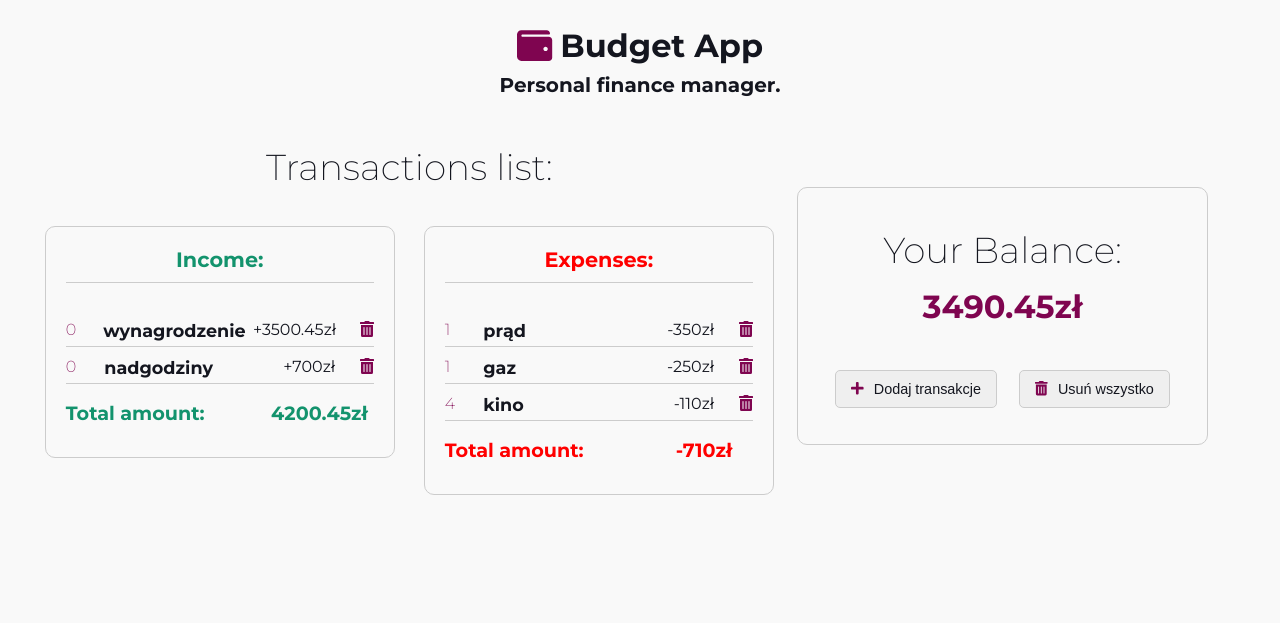
Repository: KrzysKolo/sr_tydzien4_zad4
Page: /
An editor plug-in stored every save of this project. The page is shown before and after the next save, followed by the edit.
The browser window is 1280 px wide. The pictures show the whole page.
Some web libraries are served in a nearby version. The project was rebuilt for these pictures with package versions that can differ from the ones it lists, and the page was loaded fresh each time. Also part of the build but not shown: src/components/budgetComponents/sectionComponents/Cat.js, src/components/budgetComponents/formComponents/Header.js, src/components/budgetComponents/formComponents/ErrorMessage.js, src/components/budgetComponents/formComponents/Input.js, src/components/budgetComponents/formComponents/Select.js.

Above is the page before, as saved 2020-12-10 12:13:22.

### public/index.html
<!DOCTYPE html>
<html lang="en">
  <head>
    <meta charset="utf-8" />
    <link rel="icon" href="%PUBLIC_URL%/favicon.ico" />
    <meta name="viewport" content="width=device-width, initial-scale=1" />
    <meta name="theme-color" content="#000000" />
    <meta
      name="description"
      content="Web site created using create-react-app"
    />
    <link rel="apple-touch-icon" href="%PUBLIC_URL%/logo192.png" />
    <!--
      manifest.json provides metadata used when your web app is installed on a
      user's mobile device or desktop. See https://developers.google.com/web/fundamentals/web-app-manifest/
    -->
    <link rel="manifest" href="%PUBLIC_URL%/manifest.json" />
    <!--
      Notice the use of %PUBLIC_URL% in the tags above.
      It will be replaced with the URL of the `public` folder during the build.
      Only files inside the `public` folder can be referenced from the HTML.

      Unlike "/favicon.ico" or "favicon.ico", "%PUBLIC_URL%/favicon.ico" will
      work correctly both with client-side routing and a non-root public URL.
      Learn how to configure a non-root public URL by running `npm run build`.
    -->
    <link
      href="https://fonts.googleapis.com/css?family=Montserrat:200,400,700&display=swap&subset=latin-ext"
      rel="stylesheet"
    />
    <script
      src="https://kit.fontawesome.com/327a0d490c.js"
      crossorigin="anonymous"
    ></script>
    <title>Budget</title>
  </head>
  <body>
    <noscript>You need to enable JavaScript to run this app.</noscript>
    <div id="root"></div>
    <!--
      This HTML file is a template.
      If you open it directly in the browser, you will see an empty page.

      You can add webfonts, meta tags, or analytics to this file.
      The build step will place the bundled scripts into the <body> tag.

      To begin the development, run `npm start` or `yarn start`.
      To create a production bundle, use `npm run build` or `yarn build`.
    -->
  </body>
</html>

### src/App.js
import React from 'react';
import Budget from './components/Budget'

const App = () => {
  return (
    <>
      <Budget/>
    </>
  )
}

export default App;

### src/components/Budget.js
import React, { useContext } from 'react';
import Header from './budgetComponents/Header';
import Section from './budgetComponents/Section';
import SectionInfo from './budgetComponents/SectionInfo';
import H2 from './budgetComponents/sectionComponents/H2';
/* import ExpenseTransaction from './data/ExpenseTransaction';
import IncomeTransaction from './data/IcomeTransaction'; */
import {GlobalContextProvider, GlobalContext} from './context/GlobalState';
import styled, { createGlobalStyle } from 'styled-components';

const GlobalStyle = createGlobalStyle`
    * {
        padding: 0;
        margin: 0;
        box-sizing: border-box;
    }
    body {
        background-color: #f9f9f9;
        color: #14161f;
        font-family: "Montserrat", sans-serif;
        font-size: 16px;
        min-height: 100vh;
    }
    `;
const Container = styled.main`
    font-size: 1.5rem;
`;
const SectionContainer = styled.section`
    display: flex;
    flex-direction: row;
    justify-content: center;
    align-items: center;
`;
const SectionBudget = styled.section`
    display: flex;
    flex-direction: column;
    justify-content: center;
    align-items: center;
`;
const DivItems = styled.div`
    display: flex;
    flex-direction: row;
    justify-content: center;
    align-items: flex-start;

`;
const Budget = () => {
    const {incomeTransactions, expenseTransactions}=useContext(GlobalContext);
    const incomeAmounts = incomeTransactions.map(incomeTransaction => incomeTransaction.amount);
    const expenseAmounts = expenseTransactions.map(expenseTransaction => expenseTransaction.amount);
    const totalIncome = incomeAmounts.reduce((acc, item) => (acc+=item),0).toFixed(2);
    const totalExpense = expenseAmounts.reduce((acc, item) => (acc+=item),0).toFixed(2);
    const totalAmounte = totalIncome - totalExpense;

    return (
        <GlobalContextProvider>
            <GlobalStyle />
            <Container>
                <Header />
                <SectionContainer>
                    <SectionBudget>
                        <H2 title="Transactions list" />
                        <DivItems>
                            <Section title="Income" label="income" data={incomeTransactions} total={+totalIncome}/>
                            <Section title="Expenses" data={expenseTransactions} total={-totalExpense} />
                        </DivItems>
                    </SectionBudget>
                    <SectionInfo title="Your Balance" total={totalAmounte} />
                </SectionContainer>
            </Container>
        </GlobalContextProvider>
    )
}

export default Budget;

### src/components/budgetComponents/Header.js
import React from 'react';
import styled from 'styled-components';
import { FontAwesomeIcon } from '@fortawesome/react-fontawesome';
import { faWallet } from '@fortawesome/free-solid-svg-icons';

const SectionHeader = styled.header`
    align-items: center;
    color: rgb(127, 5, 80);
    display: flex;
    font-size: 2.2rem;
    flex-direction: column;
    justify-content: center;
    padding: 2%;
`;
const DivHeader = styled.div`
    align-items: center;
    display: flex;
    flex-direction: row;
    justify-content: center;
    margin-bottom: 0.5rem;
`;
const H1Header = styled.h1`
    color: #14161f;
    font-size: 2rem;
    margin-left: .5rem;
`;
const H2Header = styled.h2`
    color: #14161f;
    font-size: 1.25rem;
`;
const Header = () => {
    return (
        <SectionHeader>
            <DivHeader>
                <FontAwesomeIcon icon={faWallet}/>
                <H1Header>Budget App</H1Header>
            </DivHeader>
            <H2Header>Personal finance manager.</H2Header>
        </SectionHeader>
    )
}

export default Header;

### src/components/budgetComponents/Section.js
import React, { useContext } from 'react';
import { GlobalContext } from '../context/GlobalState';
import { H1, DivData }from './sectionComponents/index';

import styled from 'styled-components';

const SectionWrapper = styled.section`
    border: 1px solid #ccc;
    border-radius: 10px;
    display: flex;
    flex-direction: column;
    font-size: 1.3rem;
    justify-content: center;
    align-items: center;
    margin: 2%;
    padding: 20px;
    min-width: 350px;
    width: 50%;
`;
const Section = ({ title, label, data, total }) => {
    const {deleteTransaction} = useContext(GlobalContext);
   return (
        <SectionWrapper>
           <H1 title={title} label={label} />
           <DivData data={data} label={label} total={total} onClick={deleteTransaction} />
        </SectionWrapper>
    )
}

export default Section;

### src/components/budgetComponents/SectionInfo.js
import React, { useState } from 'react';
import { H2, P } from './sectionComponents/index';
import Form from './Form';
import Button from './../budgetComponents/buttons/Button';
import styled from 'styled-components';
import { faPlus,  faTrashAlt } from '@fortawesome/free-solid-svg-icons';
const SectionWrapper = styled.section`
    border: 1px solid #ccc;
    border-radius: 10px;
    display: flex;
    flex-direction: column;
    margin: 2vw;
    padding: 2%;
`;
const ButtonWrapper = styled.div`
    display: flex;
    flex-direction: row;
`;

const SectionInfo = ({ title, total }) => {
    const [showForm, setShowForm] = useState(false);
    const openForm = () =>{
        setShowForm(prev => !prev);
  };
    return (
        <>
        <SectionWrapper>
           <H2 title={title}> </H2>
           <P total={total} />
           <ButtonWrapper>
                <Button onClick={openForm} title="Dodaj transakcje" icons={faPlus} />
                <Button title="Usuń wszystko" icons={faTrashAlt} type="submit"/>
           </ButtonWrapper>

        </SectionWrapper>
        <Form showForm={showForm} setShowForm={setShowForm} />
        </>
    )
}

export default SectionInfo;

### src/components/budgetComponents/sectionComponents/H2.js
import React from 'react'
import styled from 'styled-components';

const TitleH2 = styled.h2`
    font-weight: 200;
    margin: 2% auto;
    padding: 0.5rem;
`;

const H2 = ({title}) => {
    return (
        <TitleH2>
            {title}:
        </TitleH2>
    )
}

export default H2;

### src/components/context/GlobalState.js
import React, {createContext, useReducer} from 'react';
import AppReducer from './AppReducer';
const initialState = {
    incomeTransactions: [
        { id: 0, category: 0, name: "wynagrodzenie", amount: 3500.45},
        { id: 1, category: 0, name: "nadgodziny", amount: 700},
    ],
    expenseTransactions: [
        { id: 0, category: 1, name: "prąd", amount: 350},
        { id: 1, category: 1, name: "gaz", amount: 250},
        { id: 3, category: 4, name: "kino", amount: 110},
    ],
};
export const GlobalContext = createContext(initialState);
export const GlobalContextProvider = ({children}) => {
    const [state, dispatch] = useReducer(AppReducer, initialState);

    const addIncome = incomeTransaction => {
        dispatch({
            type: "ADD_INCOME",
            payload: incomeTransaction,
        });
    };
    const addExpense = expenseTransaction => {
        dispatch({
            type: "ADD_EXPENSE",
            payload: expenseTransaction,
        });
    };
    const deleteTransaction = id => {
        dispatch({
            type: "DELETE_TRANSACTION",
            payload: id,
          });
    };
    return (
        <GlobalContext.Provider value={{
            incomeTransactions: state.incomeTransactions,
            expenseTransactions: state.expenseTransactions,
            addIncome,
            addExpense,
            deleteTransaction,
        }}>
            {children}
        </GlobalContext.Provider>
    )
}

### src/components/budgetComponents/sectionComponents/index.js
export { default as H1 } from './H1';
export { default as H2 } from './H2';
export { default as P } from './P';
export { default as DivData } from './DivData';

### src/components/budgetComponents/Form.js
import React, { useState, useContext } from 'react';
import { v4 as uuidv4 } from 'uuid';
import { GlobalContext } from '../context/GlobalState';
import { Header, Input, Select } from './formComponents/';
import Button from './buttons/Button';
import styled from 'styled-components';
import SelectOptions from './../data/SelectOptions';
import { faBusinessTime, faSave, faWindowClose } from '@fortawesome/free-solid-svg-icons';
import { useFormik } from 'formik';
import * as yup from 'yup';

const FormWrapper = styled.form`
    background-color: #f9f9f9;
    border: 4px double rgb(127, 5, 80);
    border-radius: 10px;
    box-shadow: 3px 3px 5px rgba(127, 5, 80, 0.5);
    color: rgb(127, 5, 80);
    position: fixed;
    display: flex;
    flex-direction: column;
    justify-content: center;
    align-items: center;
    padding: 10px;
    width: 20vw;
    min-width: 300px;
`;
const ButtonWrapper = styled.div`
    display: flex;
    flex-direction: row;
    justify-content: center;
    border-top: 1px solid rgba(127, 5, 80, 0.3);
    padding-top: 10px;
    margin-top: 1.4rem;
`;

const FormData = ({ showForm, setShowForm }) => {
    const { addTransactions} = useContext(GlobalContext);

    const initialValues  = {
        name: '',
        amount: '',
        category: -1,
    };
    const validationSchema = yup.object({
        name: yup.string().required("Required").min(3, "Musi być min 3 znaki").max(50,"Moze być max 50 znaków"),
        amount: yup.number().required("Required").min(1, "Musi być conajmniej 1 cyfra"),
        category: yup.number().required("Musi być wybrane").min(0, ).max(5),
    })
    const [transaction, setTransaction] = useState({initialValues});
    const onSubmit = (values, {resetForm}, {initialValues} ) => {
        console.log('Form data', values);
        setTransaction = ({
            id: uuidv4(),
            name: initialValues.name,
            amount: initialValues.amount*1,
            category: initialValues.category,
        });
        console.log(transaction);
        addTransactions(transaction);
        console.log("dodano do tablicy");
        resetForm();
    };

    const closeForm = () => {
        setShowForm(false);
    };

    const formik = useFormik({
        initialValues,
        validationSchema,
        onSubmit,
    });
    return (
        <>
        { showForm &&
        <FormWrapper onSubmit={formik.handleSubmit}>
            <Header icons={faBusinessTime} title={"Dodaj transakcje!"} />
            <Input type="text" label="Nazwa transakcji" name="name" placeholder="nazwa transakcji..." onChange={formik.handleChange} value={formik.values.name} onBlur={formik.handleBlur} error={formik.errors.name} message={formik.errors.name} touched={formik.touched.name} />
            <Input type="text" label="Kwota transakcji" name="amount" placeholder="kwota..." onChange={formik.handleChange} value={formik.values.amount} onBlur={formik.handleBlur} error={formik.errors.amount} message={formik.errors.amount} touched={formik.touched.amount}/>
            <Select options={SelectOptions} label="Wybierz kategorię transakcji" name="category" onChange={formik.handleChange} value={formik.values.category} onBlur={formik.handleBlur} error={formik.errors.category} message={formik.errors.category} touched={formik.touched.category}/>
            <ButtonWrapper>
                <Button type="submit" title="Zapisz" icons={faSave} />
                <Button title="Anuluj" icons={faWindowClose} type="cancel" onClick={closeForm} />
            </ButtonWrapper>
        </FormWrapper>
        }
        </>
    )
}

export default FormData;

### src/components/budgetComponents/buttons/Button.js
import React from 'react';
import styled from 'styled-components';
import { FontAwesomeIcon } from '@fortawesome/react-fontawesome';

const ButtonDiv = styled.button`
    border: 1px solid #ccc;
    border-radius: 5px;
    margin: 0.7rem;
    padding: 10px 15px;
    display: flex;
    flex-direction: row;
    align-items: center;
    color: rgb(127, 5, 80);
    font-size: 0.9rem;
    cursor: pointer;
    transition: 0.3s ease-in-out;
    &:hover {
        border: 1px solid rgba(127, 5, 80, 0.4);
        background-color:  #f9f9f9;
        color: rgba(127, 5, 80, 0.5);
    }
`;
const ButtonTitleDiv = styled.div`
    margin-left: 10px;
    color: #14161f;
`;
const Button = ({ title, icons, onClick }) => {
    return (
        <ButtonDiv onClick={onClick}>
            <FontAwesomeIcon icon={icons} />
            <ButtonTitleDiv>{title}</ButtonTitleDiv>
        </ButtonDiv>
    )
}

export default Button;

### src/components/context/AppReducer.js
export default (state, action) => {
    switch (action.type) {
        case 'ADD_INCOME':
            return {
                ...state,
                incomeTransactions: [action.payload, ...state.incomeTransactions],
            }
        case 'ADD_EXPENSE':
            return {
                ...state,
                expenseTransactions: [action.payload, ...state.expenseTransactions],
            }
        case 'DELETE_TRANSACTION':
            return {
                ...state,
                incomeTransactions: state.incomeTransactions.filter(
                    incomeTransaction => incomeTransaction.id !== action.payload
                  ),
                  expenseTransactions: state.expenseTransactions.filter(
                    expenseTransaction => expenseTransaction.id !== action.payload
                  ),
            }
        default:
            return state
        }
      };

### src/components/budgetComponents/sectionComponents/H1.js
import React from 'react'
import styled from 'styled-components';

const TitleH1Styles = (label) => `
border-bottom: 1px solid #ccc;
color: ${label ? 'rgb(19, 147, 109)' : 'red'};
margin-bottom: 2rem;
padding-bottom: 10px;
display: block;
width: 100%;
text-align: center;
`;
const TitleH1 = styled.h1`
      ${props => TitleH1Styles(props.label)}
`;
const H1 = (props) => {
    const { title, label } = props;
    return (
        <TitleH1 label={label}>
            {title}:
        </TitleH1>
    )
}

export default H1;

### src/components/budgetComponents/sectionComponents/P.js
import React from 'react';
import styled from 'styled-components';

const InfoP = styled.p`
    color: rgb(127, 5, 80);
    font-size: 2rem;
    font-weight: bold;
    width: 100%auto;
    text-align: center;
    padding-bottom: 2rem;
`;

const P = ({total}) => {
    return (
        <InfoP>
            {total}zł
        </InfoP>
    )
}

export default P;

### src/components/budgetComponents/sectionComponents/DivData.js
import React, { useContext } from 'react';
import { GlobalContext } from '../../context/GlobalState';
import Cat from './Cat';
import { FontAwesomeIcon } from '@fortawesome/react-fontawesome';
import { faTrashAlt} from '@fortawesome/free-solid-svg-icons';
import { faMoneyBillWave, faCartArrowDown, faHamburger, faFilm, faSwimmer } from '@fortawesome/free-solid-svg-icons';

import styled from 'styled-components';

const Container = styled.div`
    width: 100%;
    display: flex;
    flex-direction: column;
    justify-content: flex-start;
    align-items: flex-start;
    align-content: flex-start;
`;
const DivWrapper = styled.div`
    display: grid;
    grid-template-columns: 0.5fr 2fr 1fr 0.5fr;
    width: 100%;
    margin: 5px 0;
    border-bottom: 1px solid #ccc;
    padding-bottom: 5px;
`;
const NameH3 = styled.h3`
    font-size: 1.1rem;
    font-weight: 600;
    text-align: left;
`;
const AmountSpan = styled.span`
    font-size: 1rem;
    text-align: right;
`;
const FontAwsomeP = styled.p`
    font-size: 1rem;
    font-weight: 300;
    text-align: right;
    color: rgb(127, 5, 80);
    cursor: pointer;
    transition: 0.3s ease-in-out;
    &:hover{
        transform: scale(0.9);
        color: rgba(127, 5, 80, 0.8);
    }
`;
const TotalAmountDivStyles = (label) => `
    color: ${label ? 'rgb(19, 147, 109)' : 'red'};
    font-size: 1.2rem;
    font-weight: 800;
    margin: 4% auto;
    width: 100%;
`;
const TotalAmountDiv = styled.div`
    display: grid;
    grid-template-columns: 2fr 1fr;
    ${props => TotalAmountDivStyles(props.label)}
`;
const AmountP = styled.p`
    text-align: right;
    margin-right: 20%;
`;
const IcoP = styled.p`
    font-size: 1rem;
    font-weight: 300;
    text-align: left;
    color: rgb(127, 5, 80);
`;


const DivData = ({data, label, total, onClick}) => {
    console.log(...data);
    const cat = [...data];

    return (
        <Container>
            {data.map(item => (

                <DivWrapper key={item.id}>
                    <IcoP>{item.category}</IcoP>
                    <NameH3>{item.name}</NameH3>
                    <AmountSpan>{item.category > 0 ? '-' : '+'}{item.amount}zł</AmountSpan>
                    <FontAwsomeP ><FontAwesomeIcon icon={faTrashAlt}/></FontAwsomeP>
                </DivWrapper>)) }
                <TotalAmountDiv label={label}><p>Total amount:</p>  <AmountP>{total}zł</AmountP></TotalAmountDiv>
        </Container>
    )
}

export default DivData;

### src/components/budgetComponents/formComponents/index.js
export { default as Header } from './Header';
export { default as Input } from './Input';
export { default as ErrorMessage } from './ErrorMessage';
export { default as Select } from './Select';

### src/components/data/SelectOptions.js
const SelectOptions=[
    { id: -1, value: "-1", label:"", title: 'Select...' },
    { id: 0, value: "0", label:"[+]", title: 'Przychód' },
    { id: 1, value: "1", label:"[-]", title: 'Rachunki' },
    { id: 2, value: "2", label:"[-]", title: 'Sport' },
    { id: 3, value: "3", label:"[-]", title: 'Wyżywienie' },
    { id: 4, value: "4", label:"[-]", title: 'Kultura' },
    { id: 5, value: "5", label:"[-]", title: 'Wypoczynek' },
];
export default SelectOptions;

Loaded but not shown: src/index.js (common file); src/index.css (common file)

After the next save:
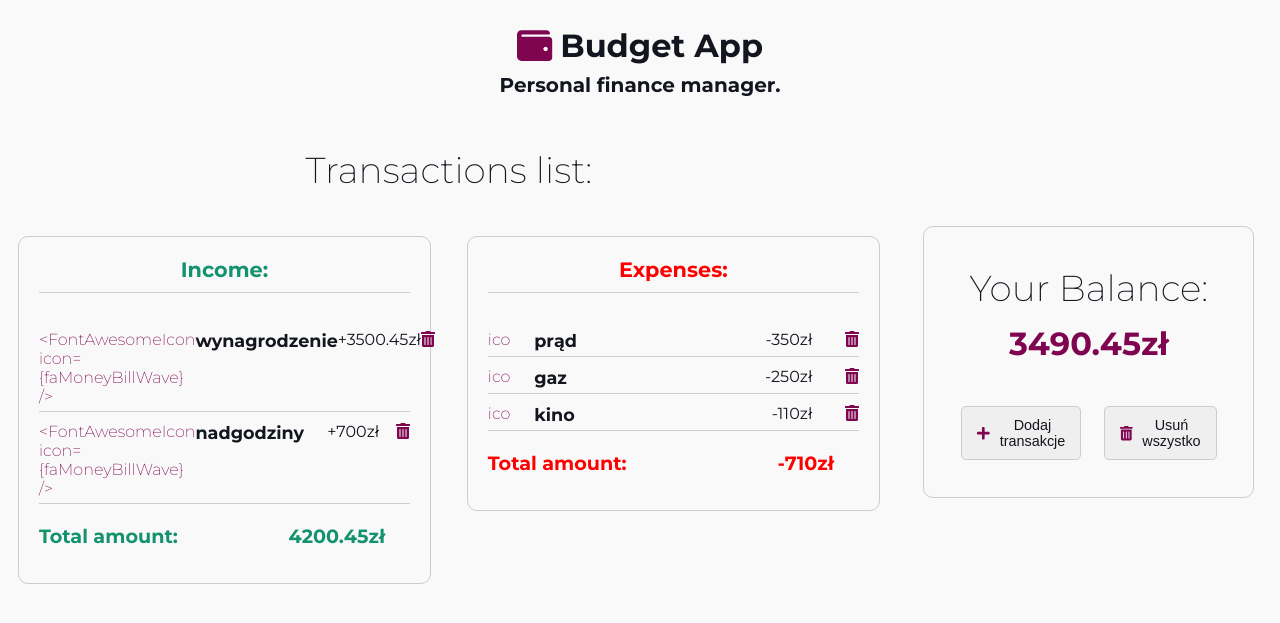
Saved 112 s later.
--- a/src/components/budgetComponents/sectionComponents/DivData.js
+++ b/src/components/budgetComponents/sectionComponents/DivData.js
@@ -77,7 +77,7 @@ const DivData = ({data, label, total, onClick}) => {
             {data.map(item => (
 
                 <DivWrapper key={item.id}>
-                    <IcoP>{item.category}</IcoP>
+                    <IcoP>{item.category > 0 ? 'ico' : '<FontAwesomeIcon icon={faMoneyBillWave} />'}</IcoP>
                     <NameH3>{item.name}</NameH3>
                     <AmountSpan>{item.category > 0 ? '-' : '+'}{item.amount}zł</AmountSpan>
                     <FontAwsomeP ><FontAwesomeIcon icon={faTrashAlt}/></FontAwsomeP>

After the save that followed:
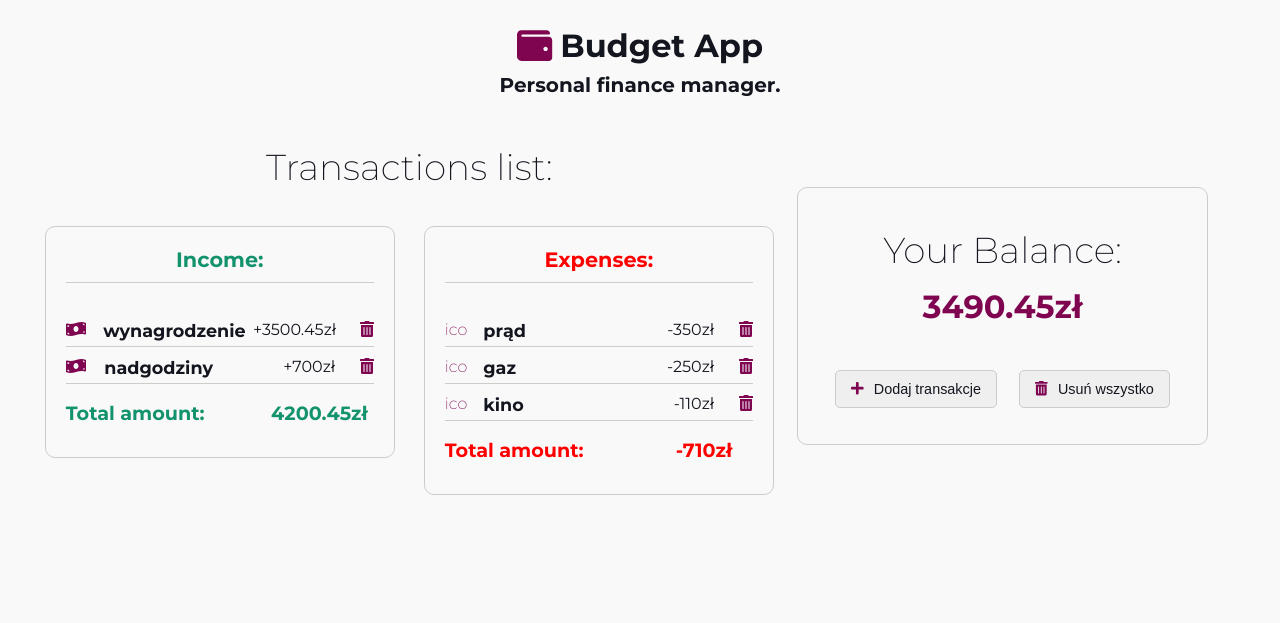
Saved 18 s later.
--- a/src/components/budgetComponents/sectionComponents/DivData.js
+++ b/src/components/budgetComponents/sectionComponents/DivData.js
@@ -77,7 +77,7 @@ const DivData = ({data, label, total, onClick}) => {
             {data.map(item => (
 
                 <DivWrapper key={item.id}>
-                    <IcoP>{item.category > 0 ? 'ico' : '<FontAwesomeIcon icon={faMoneyBillWave} />'}</IcoP>
+                    <IcoP>{item.category > 0 ? 'ico' : <FontAwesomeIcon icon={faMoneyBillWave} />}</IcoP>
                     <NameH3>{item.name}</NameH3>
                     <AmountSpan>{item.category > 0 ? '-' : '+'}{item.amount}zł</AmountSpan>
                     <FontAwsomeP ><FontAwesomeIcon icon={faTrashAlt}/></FontAwsomeP>
